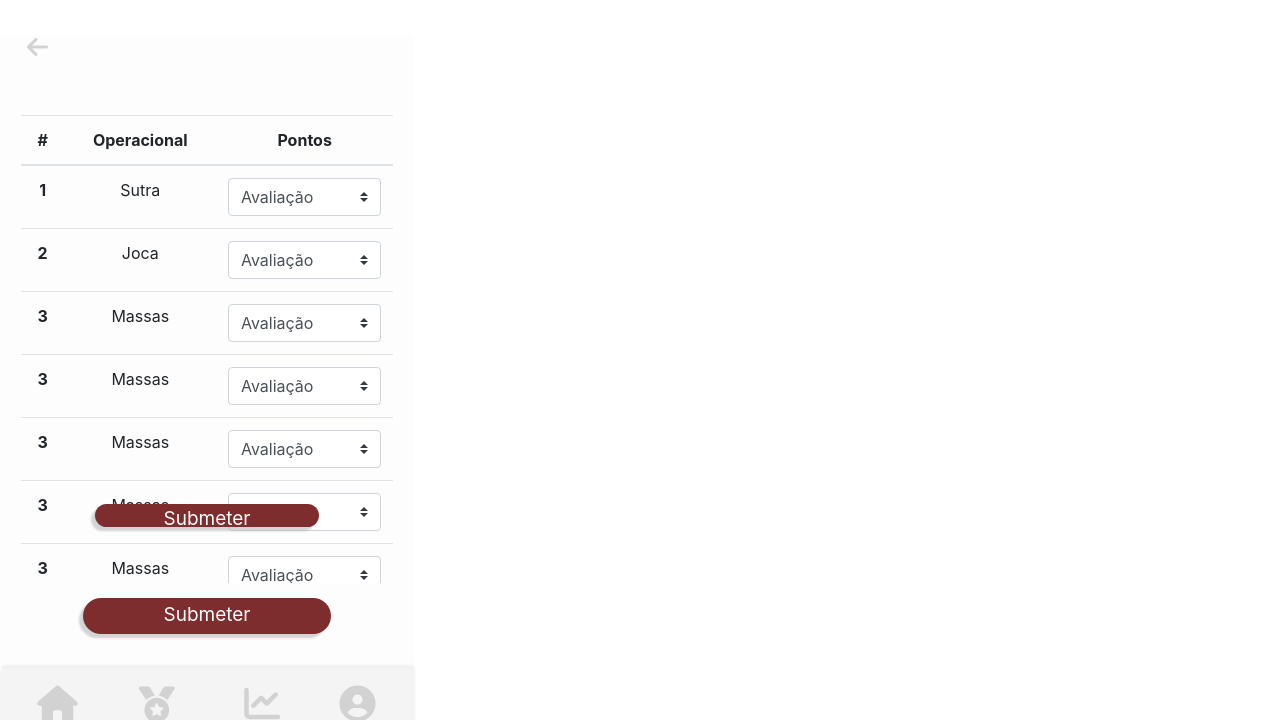
Repository: grupodetrabalhoeficiente/D213
Page: D213/Frontend/AvaliarOperacionais.html
The author's editor kept a record of every edit. The page is drawn from the files as they stood at one moment, then again after the next edit.
The browser window is 1280 px wide. The pictures show the whole page.
Some web libraries are served in a nearby version.

Above is the page before.

After the next edit:
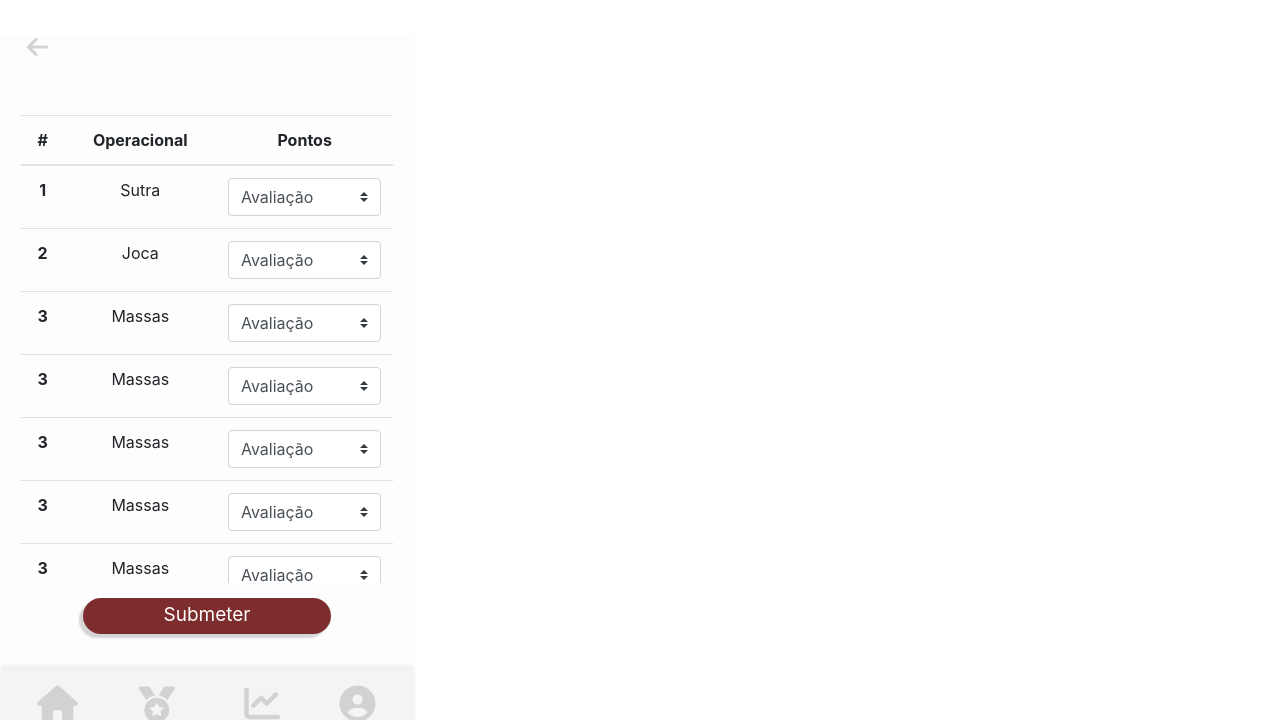
The edit:
--- a/D213/Frontend/AvaliarOperacionais.html
+++ b/D213/Frontend/AvaliarOperacionais.html
@@ -145,7 +145,6 @@
 </tr>
 </tbody>
 </table>
-<input id="submit" type ="button" class="SubmeterClass" id="SubmeterId" value="Submeter"></input>
 <form id="formAvaliar">
 </div>
 <input id="submit" type ="button" class="SubmeterClass" id="SubmeterId" value="Submeter"></input>
